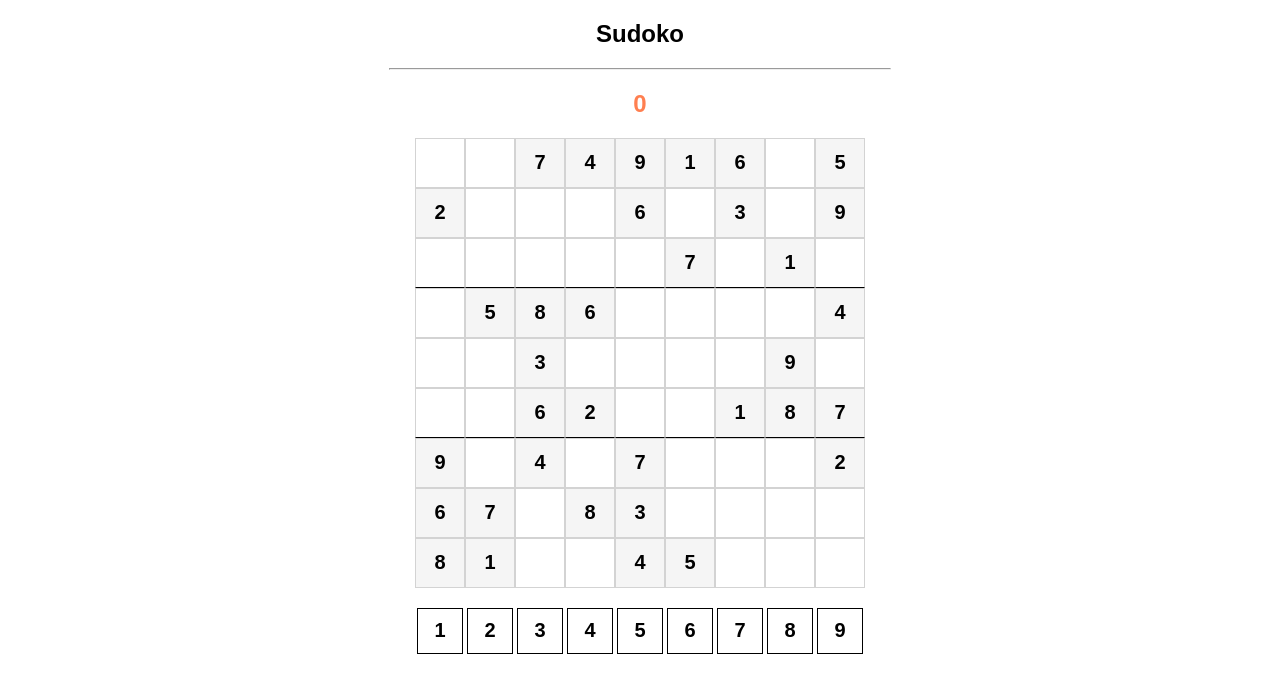
Repository: divyaravada/javascript-games
Page: sudoko/sudoko.html
These files come from the project's save history. The page is drawn as it stood at one moment and after the next save; the edit follows.
The browser window is 1280 px wide. The pictures show the whole page.

Above is the page before, as saved 2022-03-15 18:26:22.

After the next save:
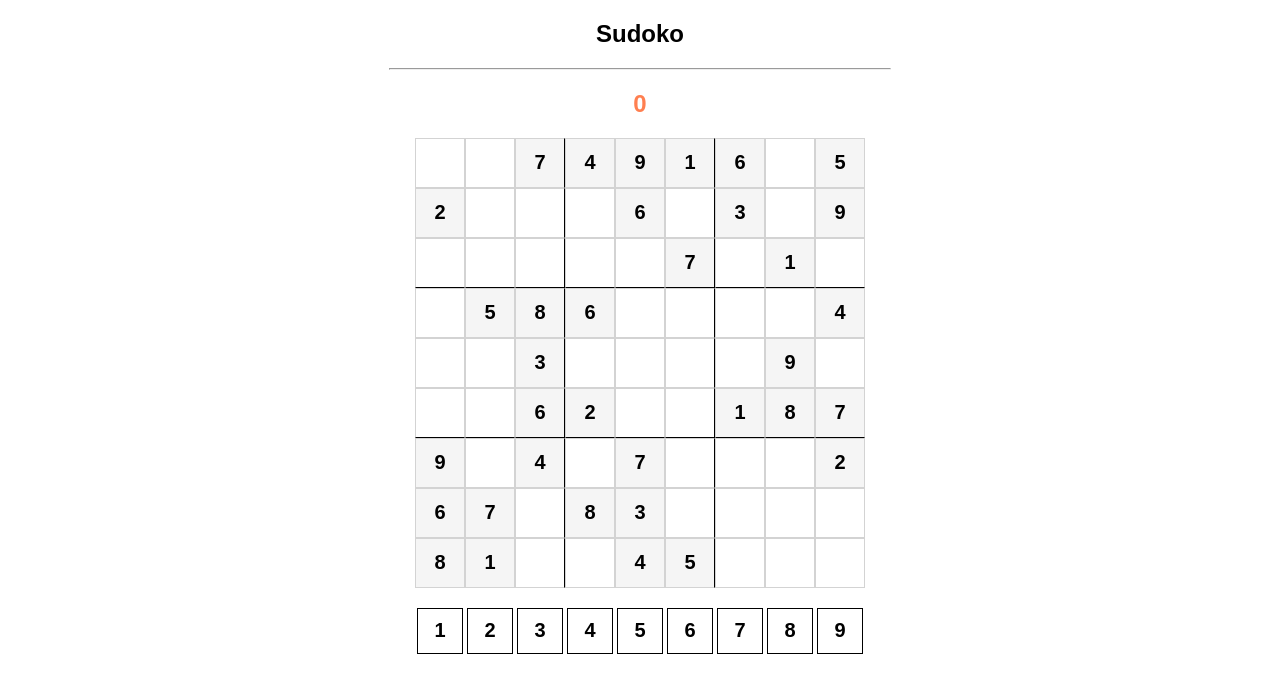
Saved 20 s later.
--- a/sudoko/sudoko.js
+++ b/sudoko/sudoko.js
@@ -51,8 +51,8 @@ function setGame() {
       if (r == 2 || r == 5) {
         tile.classList.add("horizontal-line");
       }
-      if (r == 2 || r == 5) {
-        tile.classList.add("horizontal-line");
+      if (c == 2 || c == 5) {
+        tile.classList.add("vertical-line");
       }
       tile.addEventListener("click", selectTitle);
       tile.classList.add("tile");
